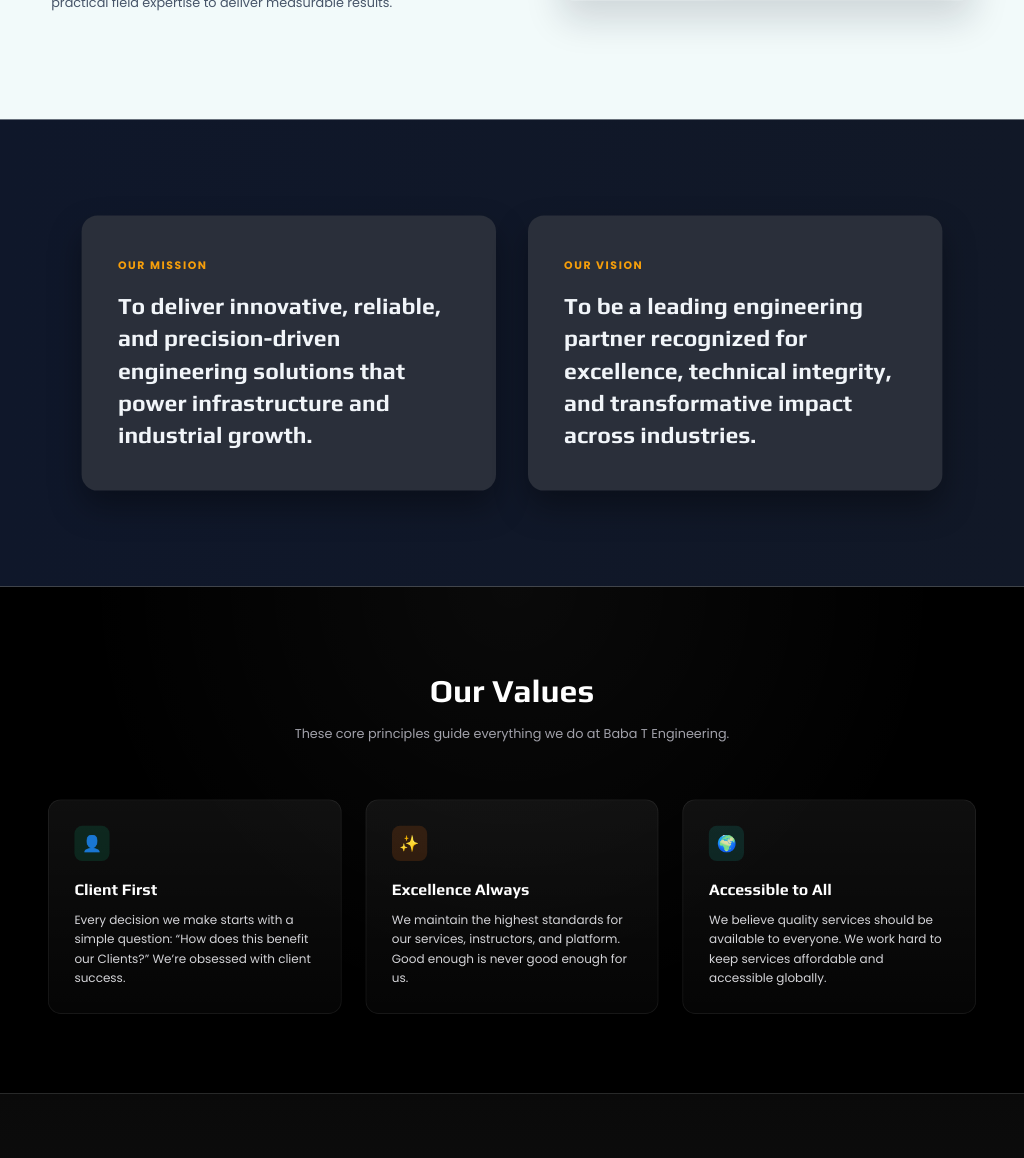
Repository: KC-Minchakpu/babatunde
Page: /about
An editor plug-in stored every save of this project. The page is shown before and after the next save, followed by the edit.
The browser window is 1280 px wide. The pictures show the part of the page from y = 1089 to 2536 px (the page is 2894 px tall before and 3576 px after), at 80% of full size.
Pictures or frames that could not be fetched are drawn as grey boxes. The project was rebuilt for these pictures with package versions that can differ from the ones it lists, and the page was loaded fresh each time. The framework's server and built-in components were replaced by stand-ins that run in the browser. Also part of the build but not shown: next.config.ts.

Above is the page before, as saved 2026-02-21 10:40:24.

### src/app/layout.tsx
import type { Metadata } from "next";
import { Play, Poppins } from "next/font/google";
import "./globals.css";
import Header from "@/components/Header/Header";
import Footer from "@/components/Footer/Footer";

const play = Play({
  variable: "--font-play",
  subsets: ["latin"],
  weight: ["400", "700"],
});

const poppins = Poppins({
  variable: "--font-poppins",
  subsets: ["latin"],
  weight: ["400", "500", "600", "700"],
});

export const metadata: Metadata = {
  title: "Baba T Engineering",
  description: "Official web app of Baba T Engineering, a leading engineering company specializing in innovative solutions and cutting-edge technology.",
};

export default function RootLayout({
  children,
}: Readonly<{
  children: React.ReactNode;
}>) {
  return (
    <html lang="en">
      <body
        className={`${play.variable} ${poppins.variable} antialiased`}
      >
        <Header />
        {children}
        <Footer />
      </body>
    </html>
  );
}

### src/app/about/page.tsx
import AboutSection from "@/components/About/AboutSection";
import AboutHero from "@/components/About/AboutHero";
import Values from "@/components/Values/Values";
import MissionVision from "@/components/About/MissionVision";


export default function OurTeamPage() {
  return (
    <>
      <AboutHero />
      <AboutSection />
      <MissionVision />
      <Values />
    </>
  )}

### src/app/globals.css
@import "tailwindcss";

:root {
  --background: #f2fafa;
  --foreground: #1f1e1e;
}

body {
  background: var(--background);
  color: var(--foreground);
  font-family: var(--font-poppins);
}

h1, h2, h3, h4, h5, h6 {
  font-family: var(--font-play);
}

h1 {
  color: red;
  font-size: 35px;
}

### src/components/About/AboutSection.tsx
// components/AboutSection.tsx
import Image from "next/image";
import styles from "./AboutSection.module.css";

const AboutSection = () => {
  return (
    <section className={styles.section}>
      <div className={styles.container}>
        {/* LEFT CONTENT */}
        <div className={styles.content}>
          <span className={styles.kicker}>ABOUT BABA T. ENGINEERING</span>

          <h2 className={styles.heading}>
            Engineering Excellence Built on Precision & Integrity
          </h2>

          <div className={styles.divider}></div>

          <p>
            Founded with a commitment to technical accuracy and professional
            integrity, Baba T. Engineering delivers innovative engineering
            solutions tailored to modern infrastructure and industrial needs.
            What began as a focused engineering practice has grown into a
            trusted technical partner for clients across multiple sectors.
          </p>

          <p>
            Our approach is rooted in precision design, rigorous analysis,
            and uncompromising quality standards. We collaborate closely with
            clients to provide solutions that are efficient, sustainable,
            and structurally sound.
          </p>

          <p>
            Today, our multidisciplinary team continues to push engineering
            boundaries—leveraging advanced tools, modern methodologies,
            and practical field expertise to deliver measurable results.
          </p>
        </div>

        {/* RIGHT IMAGE */}
        <div className={styles.imageWrapper}>
          <Image
            src="/images/circuit.jpg"
            alt="Circuit Board"
            fill
            className={styles.image}
            priority
          />

          <div className={styles.badge}>
            <span className={styles.badgeNumber}>15+</span>
            <span className={styles.badgeText}>Years of Engineering Expertise</span>
          </div>
        </div>
      </div>
    </section>
  );
};

export default AboutSection;

### src/components/About/AboutHero.tsx
// components/AboutHero.tsx
import styles from "./AboutHero.module.css";

const AboutHero = () => {
  return (
    <section className={styles.hero}>
          {/* Dark Overlay */}
      <div className={styles.overlay}></div>

      {/* Content */}
      <div className={styles.content}>
        <span className={styles.kicker}>ABOUT US</span>

        <h1 className={styles.heading}>
          Engineering Excellence <br /> Since 2008
        </h1>

        <p className={styles.description}>
          For over a decade, Baba T. Engineering has been delivering
          innovative, reliable, and precision-driven engineering solutions
          built on integrity, performance, and measurable results.
        </p>
      </div>
    </section>
  );
};

export default AboutHero;

### src/components/Values/Values.tsx
import styles from "./Values.module.css";

export default function Values() {
  return (
    <section className={styles.values}>
      <div className={styles.container}>
        {/* Header */}
        <div className={styles.header}>
          <h2>Our Values</h2>
          <p>These core principles guide everything we do at Baba T Engineering.</p>
        </div>

        {/* Cards */}
        <div className={styles.grid}>
          <div className={styles.card}>
            <div className={`${styles.icon} ${styles.iconGreen}`}>
              👤
            </div>
            <h3>Client First</h3>
            <p>
              Every decision we make starts with a simple question: “How does
              this benefit our Clients?” We’re obsessed with client success.
            </p>
          </div>

          <div className={styles.card}>
            <div className={`${styles.icon} ${styles.iconOrange}`}>
              ✨
            </div>
            <h3>Excellence Always</h3>
            <p>
              We maintain the highest standards for our services, instructors,
              and platform. Good enough is never good enough for us.
            </p>
          </div>

          <div className={styles.card}>
            <div className={`${styles.icon} ${styles.iconTeal}`}>
              🌍
            </div>
            <h3>Accessible to All</h3>
            <p>
              We believe quality services should be available to everyone. We
              work hard to keep services affordable and accessible globally.
            </p>
          </div>
        </div>
      </div>
    </section>
  );
}

### src/components/About/MissionVision.tsx
// components/MissionVision.tsx
import styles from "./MissionVision.module.css";

const MissionVision = () => {
  return (
    <section className={styles.section}>
      <div className={styles.container}>
        {/* Mission Card */}
        <div className={styles.card}>
          <span className={styles.kicker}>OUR MISSION</span>
          <h3 className={styles.text}>
            To deliver innovative, reliable, and precision-driven engineering
            solutions that power infrastructure and industrial growth.
          </h3>
        </div>

        {/* Vision Card */}
        <div className={styles.card}>
          <span className={styles.kicker}>OUR VISION</span>
          <h3 className={styles.text}>
            To be a leading engineering partner recognized for excellence,
            technical integrity, and transformative impact across industries.
          </h3>
        </div>
      </div>
    </section>
  );
};

export default MissionVision;

### src/components/Header/Header.module.css
.header {
  width: 100%;
  height: 100px;
  background: #0F1A20;
  padding: 20px;
  position: sticky;
  top: 0;
  z-index: 1000;
}

.container {
  width: 90%;
  margin: 0 auto;
  display: flex;
  align-items: center;
  justify-content: space-between;
}

/* Logo */
.logo {
  display: flex;
  align-items: center;
  gap: 8px;
  cursor: pointer;
}

.logoCircle {
  width: 40px;
  height: 40px;
  border-radius: 50%;
  background: linear-gradient(135deg, #8e2de2, #4a00e0);
  display: flex;
  align-items: center;
  justify-content: center;
  color: white;
  font-weight: bold;
}

.logoText {
  font-size: 25px;
  font-weight: 600;
  color: #ffffff;
  font-family: "Poppins", sans-serif;
}

/* Nav */
.nav {
  display: flex;
  align-items: center;
  gap: 24px;
  font-family: 'Play', sans-serif;

}

.nav a,
.dropdownToggle {
  color: #ffffff;
  text-decoration: none;
  font-size: 19px;
  cursor: pointer;
  position: relative;
  transition: color 0.3s ease;
}

.nav a:hover,
.dropdownToggle:hover {
  color: #FFD23F;
}

/* Dropdown */
.dropdown {
  position: relative;
}

.dropdownMenu {
  position: absolute;
  width: 250px;
  top: 35px;
  left: 0;
  background: #0F1A20;
  border-radius: 8px;
  padding: 10px 0;
  min-width: 180px;
  box-shadow: 0 10px 25px rgba(0, 0, 0, 0.15);
  display: flex;
  flex-direction: column;
}

.dropdownMenu a {
  padding: 10px 16px;
  color: #ffffff;
  font-size: 19px;
  text-decoration: none;
  transition: background 0.2s ease;
}

.dropdownMenu a:hover {
  color: #FFD23F;
}

/* Buttons */
.actions {
  display: flex;
  gap: 12px;
}

.signIn {
  padding: 8px 18px;
  border-radius: 8px;
  border: none;
  cursor: pointer;
  color: white;
  background: #143458;
  font-size: 14px;
}

.signUp {
  padding: 8px 18px;
  border-radius: 8px;
  border: none;
  cursor: pointer;
  color: white;
  background: #63054b;
  font-size: 14px;
}

/* Responsive */
@media (max-width: 1024px) {
  .nav {
    display: none;
  }
}

.active {
  color: #f1b32b;
  font-weight: 600;
  position: relative;
}

.active::after {
  content: "";
  position: absolute;
  left: 0;
  bottom: -6px;
  width: 100%;
  height: 2px;
  background-color: #e9c03a;
}

### src/components/Footer/Footer.module.css
.footer {
  background: linear-gradient(
    180deg,
    #0a0a0a,
    #111111
  );
  color: #e5e7eb;
  padding: 90px 0 30px;
}

.container {
  max-width: 1200px;
  margin: 0 auto;
  padding: 0 20px;
}

/* TOP SECTION */
.topSection {
  display: flex;
  justify-content: space-between;
  gap: 60px;
}

/* BRAND */
.brand {
  flex: 1.3;
}

.logo {
  display: flex;
  align-items: center;
  gap: 12px;
  font-weight: 600;
  font-size: 20px;
  margin-bottom: 20px;
}

.logoBox {
  width: 34px;
  height: 34px;
  border-radius: 10px;
  background: linear-gradient(135deg, #14b8a6, #f97316);
}

.brand p {
  color: #9ca3af;
  line-height: 1.6;
  margin-bottom: 24px;
  max-width: 350px;
}

/* =========================
   SOCIAL ICONS
========================= */
.socials {
  display: flex;
  gap: 15px;
  margin-top: 20px;
}

.socials a {
  width: 40px;
  height: 40px;
  background: #121c3b;
  border-radius: 50%;
  display: flex;
  align-items: center;
  justify-content: center;
  color: #ffffff;
  font-size: 16px;
  transition: all 0.3s ease;
}

.socials a:hover {
  background: #f8af28;
  transform: translateY(-4px);
}


/* LINKS GRID */
.linksGrid {
  flex: 2;
  display: grid;
  grid-template-columns: repeat(4, 1fr);
  gap: 40px;
}

.linksGrid h4 {
  font-size: 12px;
  letter-spacing: 1px;
  margin-bottom: 16px;
  color: #ffffff;
}

.linksGrid a {
  display: block;
  font-size: 14px;
  color: #9ca3af;
  margin-bottom: 10px;
  cursor: pointer;
  transition: color 0.3s ease;
}

.linksGrid a:hover {
  color: #ffffff;
}

/* DIVIDER */
.divider {
  height: 1px;
  background: rgba(255, 255, 255, 0.08);
  margin: 60px 0 25px;
}

/* BOTTOM BAR */
.bottomBar {
  display: flex;
  justify-content: space-between;
  align-items: center;
  font-size: 14px;
  color: #9ca3af;
}

.bottomLinks {
  display: flex;
  gap: 24px;
}

.bottomLinks a {
  cursor: pointer;
  transition: color 0.3s ease;
}

.bottomLinks a:hover {
  color: white;
}

/* RESPONSIVE */
@media (max-width: 1024px) {
  .topSection {
    flex-direction: column;
    gap: 50px;
  }

  .linksGrid {
    grid-template-columns: repeat(2, 1fr);
  }

  .bottomBar {
    flex-direction: column;
    gap: 15px;
    text-align: center;
  }
}

@media (max-width: 600px) {
  .linksGrid {
    grid-template-columns: 1fr;
  }
}

### src/components/About/AboutSection.module.css
.section {
  padding: 110px 0;
   background: linear-gradient(
      to right,
      rgba(248, 250, 252, 0.95),
      rgba(248, 250, 252, 0.8)
    ),
}

.container {
  width: 90%;
  max-width: 1200px;
  margin: 0 auto;

  display: grid;
  grid-template-columns: 1.1fr 1fr;
  gap: 70px;
  align-items: center;
}

/* LEFT CONTENT */

.content {
  color: #1e293b; /* slate tone */
}

.kicker {
  font-size: 1rem;
  letter-spacing: 2px;
  font-weight: 700;
  color: #5a5957;
  text-transform: uppercase;
  margin-bottom: 14px;
  display: inline-block;
}

.heading {
  font-size: 2.6rem;
  font-weight: 800;
  line-height: 1.25;
  margin-bottom: 18px;
}

.divider {
  width: 70px;
  height: 4px;
  background-color: #0f172a; /* deep engineering blue */
  margin-bottom: 28px;
}

.content p {
  font-size: 1rem;
  line-height: 1.8;
  margin-bottom: 20px;
  color: #475569;
}

/* RIGHT IMAGE */

.imageWrapper {
  position: relative;
  width: 100%;
  height: 520px;
  border-radius: 14px; /* sharper than law version */
  overflow: hidden;
  box-shadow: 0 25px 45px rgba(15, 23, 42, 0.15);
}

.image {
  object-fit: cover;
}

/* BADGE – redesigned as technical stat block */

.badge {
  position: absolute;
  bottom: 28px;
  right: 30px;

  background-color: #0f172a;
  color: white;

  padding: 26px 32px;
  border-radius: 10px;

  display: flex;
  flex-direction: column;
  align-items: center;

  border-left: 6px solid #f59e0b;
  box-shadow: 0 18px 35px rgba(0, 0, 0, 0.25);
}

.badgeNumber {
  font-size: 2rem;
  font-weight: 800;
  line-height: 1;
}

.badgeText {
  font-size: 0.85rem;
  margin-top: 6px;
  text-align: center;
  letter-spacing: 0.5px;
}

/* RESPONSIVE */

@media (max-width: 992px) {
  .container {
    grid-template-columns: 1fr;
    gap: 60px;
  }

  .imageWrapper {
    height: 420px;
  }
}

@media (max-width: 600px) {
  .section {
    padding: 80px 0;
  }

  .heading {
    font-size: 2rem;
  }

  .imageWrapper {
    height: 320px;
  }

  .badge {
    right: 20px;
    padding: 18px 22px;
  }

  .badgeNumber {
    font-size: 1.6rem;
  }
}

### src/components/About/AboutHero.module.css
.hero {
  position: relative;
  height: 320px;
  display: flex;
  align-items: center;
  padding: 0 8%;
  overflow: hidden;
  color: white;
}

/* Dark blue engineering overlay */
.overlay {
  position: absolute;
  inset: 0;
  background: #242a38;
  z-index: 1;
}

/* Content */
.content {
  position: relative;
  z-index: 2;
  max-width: 750px;
}

.kicker {
  font-size: 0.85rem;
  font-weight: 700;
  letter-spacing: 2px;
  color: #f59e0b; /* engineering amber */
  text-transform: uppercase;
  margin-bottom: 18px;
  display: inline-block;
}

.heading {
  font-size: 3rem;
  font-weight: 800;
  line-height: 1.15;
  margin-bottom: 24px;
  color: #e2e8f0;
}

.description {
  font-size: 1rem;
  line-height: 1.8;
  color: #e2e8f0;
  max-width: 600px;
}

/* Responsive */

@media (max-width: 992px) {
  .hero {
    height: 480px;
    padding: 0 6%;
  }

  .heading {
    font-size: 2.6rem;
  }
}

@media (max-width: 600px) {
  .hero {
    height: 420px;
    padding: 0 5%;
  }

  .heading {
    font-size: 2rem;
  }

  .description {
    font-size: 1rem;
  }
}

### src/components/Values/Values.module.css
.values {
  background: radial-gradient(
      circle at top,
      rgba(255, 255, 255, 0.04),
      transparent 60%
    ),
    #000;
  padding: 100px 0;
  color: #fff;
}

.container {
  max-width: 1200px;
  margin: 0 auto;
  padding: 0 20px;
}

.header {
  text-align: center;
  margin-bottom: 70px;
}

.header h2 {
  font-size: 40px;
  font-weight: 700;
  margin-bottom: 12px;
}

.header p {
  font-size: 16px;
  color: #a1a1aa;
}

/* GRID */
.grid {
  display: grid;
  grid-template-columns: repeat(3, 1fr);
  gap: 30px;
}

/* CARD */
.card {
  background: linear-gradient(
    180deg,
    rgba(255, 255, 255, 0.06),
    rgba(255, 255, 255, 0.02)
  );
  border: 1px solid rgba(255, 255, 255, 0.08);
  border-radius: 16px;
  padding: 32px;
  transition: transform 0.3s ease, box-shadow 0.3s ease;
}

.card:hover {
  transform: translateY(-6px);
  box-shadow: 0 20px 40px rgba(0, 0, 0, 0.6);
}

.card h3 {
  font-size: 20px;
  font-weight: 600;
  margin-bottom: 12px;
}

.card p {
  font-size: 15px;
  line-height: 1.6;
  color: #d4d4d8;
}

/* ICON */
.icon {
  width: 44px;
  height: 44px;
  border-radius: 10px;
  display: flex;
  align-items: center;
  justify-content: center;
  font-size: 20px;
  margin-bottom: 20px;
}

.iconGreen {
  background: rgba(16, 185, 129, 0.15);
  color: #10b981;
}

.iconOrange {
  background: rgba(249, 115, 22, 0.15);
  color: #f97316;
}

.iconTeal {
  background: rgba(20, 184, 166, 0.15);
  color: #14b8a6;
}

/* RESPONSIVE */
@media (max-width: 1024px) {
  .grid {
    grid-template-columns: 1fr;
  }

  .card {
    text-align: left;
  }
}

@media (max-width: 600px) {
  .header h2 {
    font-size: 32px;
  }
}

### src/components/About/MissionVision.module.css
.section {
  background: linear-gradient(to right, #0f172a, #111827);
  padding: 120px 8%;
}

.container {
  max-width: 1200px;
  margin: 0 auto;

  display: grid;
  grid-template-columns: repeat(2, 1fr);
  gap: 40px;
}

.card {
  background-color: #2a2f3a;
  padding: 50px 45px;
  border-radius: 20px;

  box-shadow: 0 20px 40px rgba(0, 0, 0, 0.35);
  transition: transform 0.3s ease, box-shadow 0.3s ease;
}

.card:hover {
  transform: translateY(-6px);
  box-shadow: 0 25px 50px rgba(0, 0, 0, 0.45);
}

.kicker {
  font-size: 0.85rem;
  font-weight: 700;
  letter-spacing: 2px;
  color: #f59e0b; /* engineering amber */
  text-transform: uppercase;
  margin-bottom: 20px;
  display: inline-block;
}

.text {
  font-size: 1.8rem;
  font-weight: 700;
  line-height: 1.4;
  color: #f1f5f9;
}

/* Responsive */

@media (max-width: 992px) {
  .container {
    grid-template-columns: 1fr;
  }

  .card {
    padding: 40px 35px;
  }

  .text {
    font-size: 1.5rem;
  }
}

@media (max-width: 600px) {
  .section {
    padding: 90px 6%;
  }

  .text {
    font-size: 1.3rem;
  }
}

### src/components/About/CallToAction.tsx
import Image from "next/image";
import styles from "./CallToAction.module.css";

export default function CallToAction() {
  return (
    <section className={styles.ctaSection}>
      <div className={styles.container}>

        {/* LEFT IMAGE */}
        <div className={styles.imageWrapper}>
          <Image
            src="/cta-graduates.png"
            alt="Graduates"
            fill
            className={styles.image}
            priority
          />
        </div>


        {/* RIGHT CONTENT */}
        <div className={styles.content}>

          <div className={styles.item}>
            <h3>
              Visit our Campus
              <span className={styles.arrow}>→</span>
            </h3>

            <p>
              University of Northwestern (UNW) is a Christian university located
              in the heart of the Twin Cities of Minneapolis and St. Paul,
              Minnesota.
            </p>
          </div>


          <div className={styles.item}>
            <h3>
              Request Information
              <span className={styles.arrow}>→</span>
            </h3>

            <p>
              Learn more about specific academic programs, transferring credits,
              cost of tuition, financial aid options and more.
            </p>
          </div>


          <div className={styles.item}>
            <h3>
              Apply Today
              <span className={styles.arrow}>→</span>
            </h3>

            <p>
              Get started on your college journey and develop meaningful
              Christian friendships that will last a lifetime
            </p>
          </div>


        </div>
      </div>
    </section>
  );
}

### src/components/About/CallToAction.module.css
.ctaSection {
  background: #3b235a;
  padding: 80px 0;
}

.container {
  width: 1200px;
  margin: auto;
  display: grid;
  grid-template-columns: 1fr 1fr;
  background: #eee;
  border-radius: 12px;
  overflow: hidden;
}


/* IMAGE */

.imageWrapper {
  position: relative;
  min-height: 420px;
}


.image {
  object-fit: cover;
}

/* CONTENT */

.content {
  background: #eeeeee;
  padding: 50px;
  display: flex;
  flex-direction: column;
  justify-content: center;
  gap: 35px;
}

.item h3 {
  font-size: 26px;
  font-weight: bold;
  color: #2d1846;
  margin-bottom: 10px;
  cursor: pointer;
}

.item p {
  font-size: 16px;
  color: #333;
  line-height: 1.6;
  max-width: 450px;
}



.arrow {
  margin-left: 10px;
  font-weight: bold;
}

/* Hover effect */

.item h3:hover {
  text-decoration: underline;
}

/* Responsive */

@media (max-width: 1200px) {

  .container {
    width: 95%;
  }

}


@media (max-width: 900px) {

  .container {
    grid-template-columns: 1fr;
  }


  .imageWrapper {
    height: 300px;
  }


  .content {
    padding: 30px;
  }

}

Loaded but not shown: src/components/Header/Header.tsx (131 lines, source omitted); src/components/Footer/Footer.tsx (105 lines, source omitted)

After the next save:
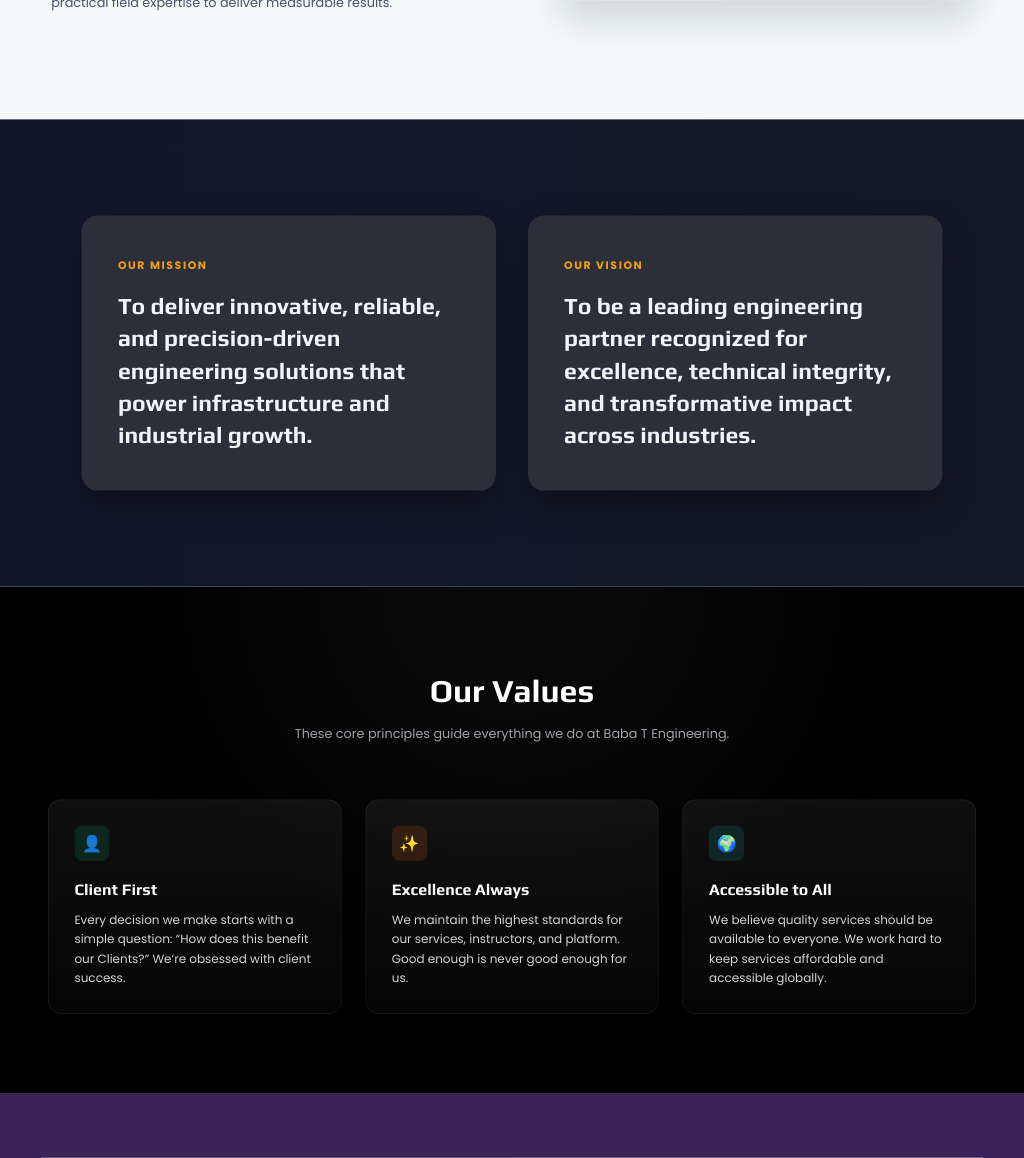
Saved 34 s later.
--- a/src/app/about/page.tsx
+++ b/src/app/about/page.tsx
@@ -2,6 +2,7 @@ import AboutSection from "@/components/About/AboutSection";
 import AboutHero from "@/components/About/AboutHero";
 import Values from "@/components/Values/Values";
 import MissionVision from "@/components/About/MissionVision";
+import CallToAction from "@/components/About/CallToAction";
 
 
 export default function OurTeamPage() {
@@ -11,5 +12,6 @@ export default function OurTeamPage() {
       <AboutSection />
       <MissionVision />
       <Values />
+      <CallToAction />
     </>
   )}
